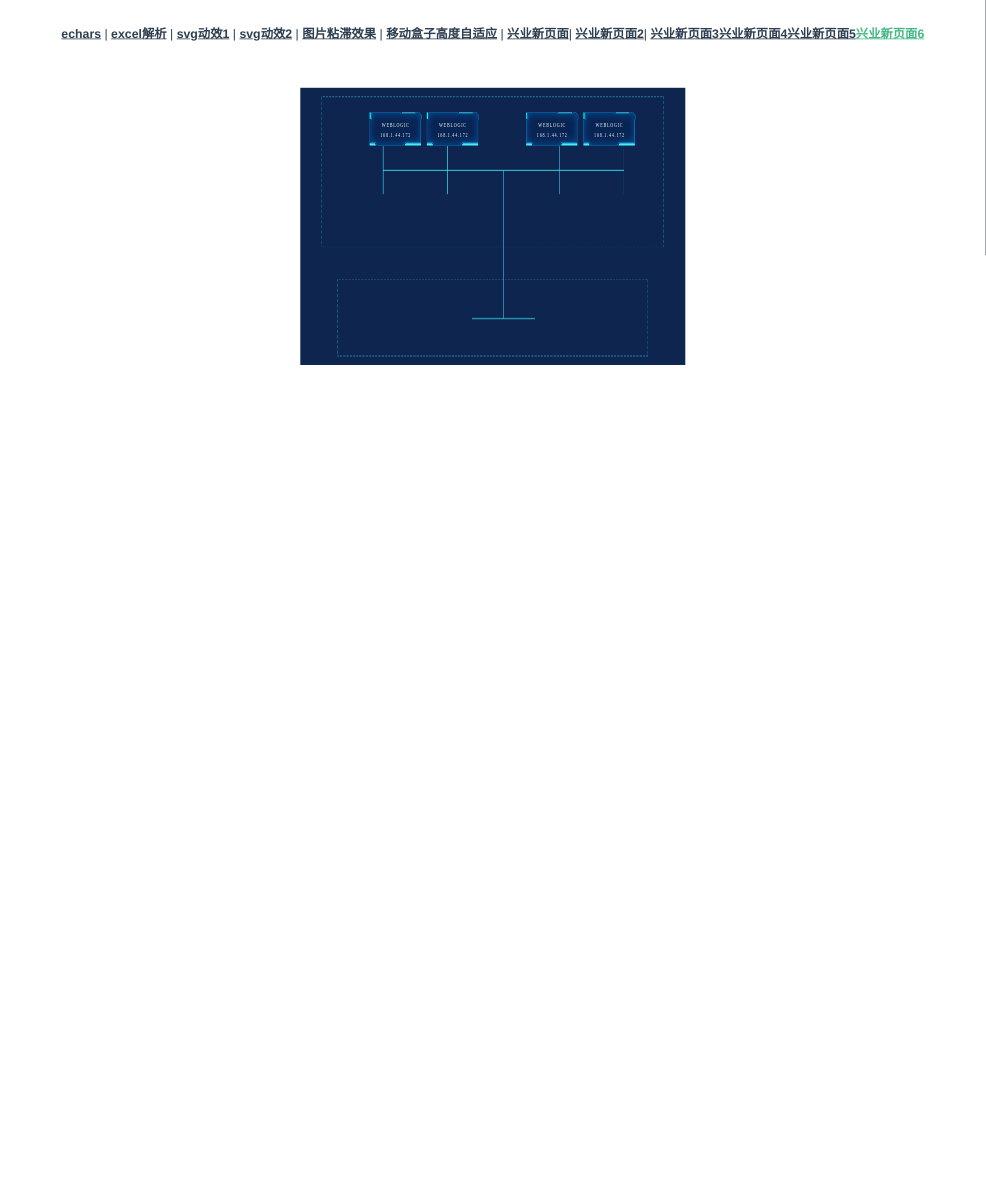
Repository: dmj199811/animation-dmj
Page: /#/work-page8
The author's editor kept a copy of each file at every save. The page is drawn from the files as they stood at one save, then again after the next save.
The browser window is 1280 px wide. The pictures show the whole page, at 77% of full size.
The project was rebuilt for these pictures with package versions that can differ from the ones it lists, and the page was loaded fresh each time.

Above is the page before, as saved 2020-07-03 15:51:27.

### src/App.vue
<template>
  <div id="app">
    <div id="nav"
         v-if="this.$store.state.pageShow">
      <router-link to="/">echars</router-link> |
      <router-link to="/xlsx-example">excel解析</router-link> |
      <router-link to="/svg-example1">svg动效1</router-link> |
      <router-link to="/svg-example2">svg动效2</router-link> |
      <router-link to="/work-message">图片粘滞效果</router-link> |
      <router-link to="/work-page2">移动盒子高度自适应</router-link> |
      <router-link to="/work-page3">兴业新页面</router-link>|
      <router-link to="/work-page4">兴业新页面2</router-link>|
      <router-link to="/work-page5">兴业新页面3</router-link>
      <router-link to="/work-page6">兴业新页面4</router-link>
      <router-link to="/work-page7">兴业新页面5</router-link>
      <router-link to="/work-page8">兴业新页面6</router-link>
    </div>
    <router-view />
  </div>
</template>

<style lang="less">
body {
  margin: 0;
}
#app {
  font-family: Avenir, Helvetica, Arial, sans-serif;
  -webkit-font-smoothing: antialiased;
  -moz-osx-font-smoothing: grayscale;
  text-align: center;
  color: #2c3e50;
}

#nav {
  padding: 30px;

  a {
    font-weight: bold;
    color: #2c3e50;

    &.router-link-exact-active {
      color: #42b983;
    }
  }
}
</style>

### src/router/index.js
import Vue from 'vue'
import VueRouter from 'vue-router'

Vue.use(VueRouter)

const routes = [
  {
    path: '/',
    redirect: '/circle-echarts',
  },
  {
    path: '/circle-echarts',
    name: 'ani2',
    component: () => import('../views/circle-echarts/index.vue')
  },
  {
    path: '/xlsx-example',
    name: 'xlsx1',
    component: () => import('../views/xlsx1/index.vue')
  },
  {
    path: '/svg-example1',
    name: 'svg1',
    component: () => import('../views/svg1/index.vue')
  },
  {
    path: '/svg-example2',
    name: 'svg2',
    component: () => import('../views/svg2/index.vue')
  },
  {
    path: '/work-message',
    name: 'message1',
    component: () => import('../views/work/message/index.vue')
  },
  {
    path: '/work-page2',
    name: 'show1',
    component: () => import('../views/work/show1/index.vue')
  },
  {
    path: '/work-page3',
    name: 'show2',
    component: () => import('../views/newPage/index.vue')
  },
  {
    path: '/work-page4',
    name: 'show2',
    component: () => import('../views/newPage2/index.vue')
  },
  {
    path: '/work-page5',
    name: 'show3',
    component: () => import('../views/newPage3/index.vue')
  },
  {
    path: '/work-page6',
    name: 'show4',
    component: () => import('../views/newPage4/index.vue')
  },
  {
    path: '/work-page7',
    name: 'show5',
    component: () => import('../views/newPage5/index.vue')
  },
  {
    path: '/work-page8',
    name: 'show6',
    component: () => import('../views/newPage6/index.vue')
  },
]

const router = new VueRouter({
  routes
})

export default router

### src/views/newPage6/index.vue


<template>
<!-- 互联网统一认证系统（身份认证）_8 -->
  <div class="box">
    <div class="use-box">
      <div class="use-box-top">
        <div class="use-box-top-content">
          <div class="use-box-top-item">
            <div>WEBLOGIC</div>
            <div>168.1.44.172</div>
          </div>
          <div class="use-box-top-item">
            <div>WEBLOGIC</div>
            <div>168.1.44.172</div>
          </div>
        </div>
        <div class="use-box-top-content">
          <div class="use-box-top-item">
            <div>WEBLOGIC</div>
            <div>168.1.44.172</div>
          </div>
          <div class="use-box-top-item">
            <div>WEBLOGIC</div>
            <div>168.1.44.172</div>
          </div>
        </div>
      </div>


    </div>
  </div>
</template>
<script>
export default {
  data () {
    return {}
  },
  mounted () {
    this.fullScreen()
    let a = {
      'ATM系统': 'N',
      '网上银行域': 'E',
      'IC借记卡系统': 'N',
      'CFP系统': 'W',
      '电话银行域': 'E',
      '金卡系统': 'N',
      '零售信贷系统': 'W',
      '联机交易转发平台': 'N',
      '核心联机交易平台': 'E',
      'OFEP': 'W',
      '会计辅助管理系统': 'W',
      '业务策略管控平台': 'E',
      '历史检索系统': 'N',
      '企业数据集成平台': 'N',
      '银联数据综合前置系统': 'E',
      '理财卡外包制卡系统': 'W',
      '数据仓库系统': 'E',
      '统一报表系统': 'W',
      '企业CRM系统': 'N'
    }

    this.dataToArray(a)
    window.onresize = () => {
      this.fullScreen()
    }
  },
  methods: {
    fullScreen () {
      $('.box').css('transform', `scale(${document.documentElement.clientWidth / 3840},${document.documentElement.clientHeight / 1440})`)
    },
    dataToArray (data) {

    }
  }
}
</script>
<style lang="less">
.box {
  text-align: left;
  transform-origin: 0 0;
  width: 3840px;
  height: 1440px;
}
.use-box {
  font-size: 18px;
  width: 1500px;
  box-sizing: border-box;
  height: 720px;
  background: #0e2550;
  margin: 0 auto;
  color: white;
  background-image: url(./img/bg-line.png);
  background-size: 100% 100%;
}
.use-box div {
  box-sizing: border-box;
}
.use-box-top {
  display: inline-block;
  // background-color: #eee;
  width: 1320px;
  height: 375px;
  box-sizing: border-box;
  margin-top: 30px;
  margin-left: 90px;
  display: flex;
}

.use-box-top-content {

  // background-color: #e9e9;
  width: 450px;
  height: 305px;
  margin-left: 160px;
  margin-top: -26px;
  display: flex;
  align-content: space-around;
}

.use-box-top-item {
  width: 203px;
  height: 86px;
  // line-height: 86px;
  text-align: center;
  background-image: url(./img/leftBlue.png);
  background-size: 100% 100%;
  font-size:16px;
  font-family:Adobe Heiti Std;
  font-weight:normal;
  color:rgba(255,255,255,1);
  line-height:25px;
  display: block;
  margin-top: 90px;
  padding-top: 20px;
  letter-spacing: 3px;
  margin-left: 20px;
  // display: flex;
  // justify-content: center;
  // align-items: center;
}
.use-box-top-item div {
  display: block;
  width: 100%;
}


</style>

Loaded but not shown: public/index.html (common file); src/main.js (common file); src/store/index.js (common file)

After the next save:
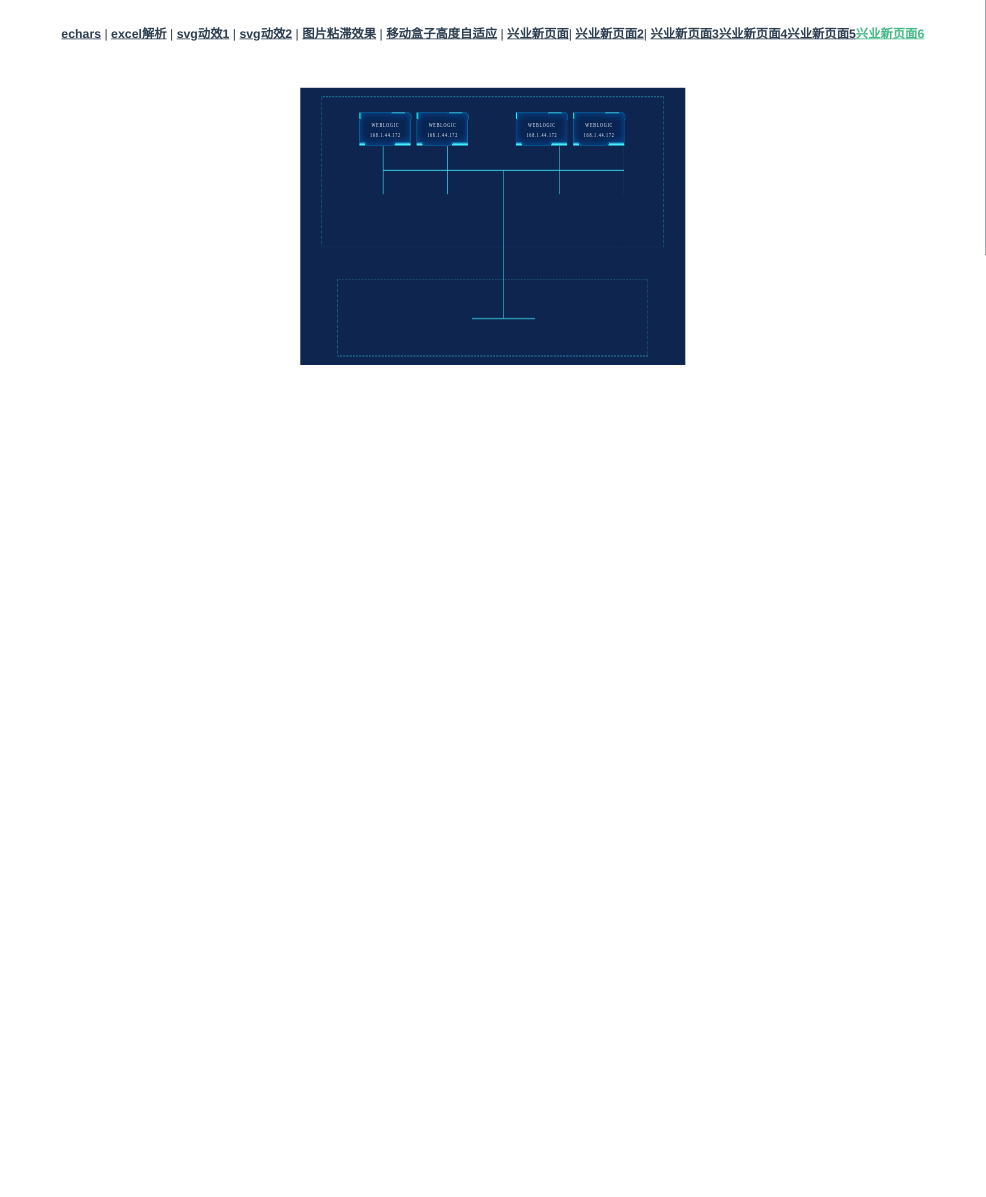
Saved 111 s later.
--- a/src/views/newPage6/index.vue
+++ b/src/views/newPage6/index.vue
@@ -144,5 +144,9 @@ export default {
   width: 100%;
 }
 
+.use-box-top-item:nth-child(1) {
+  margin-left: -20px;
+}
+
 
 </style>
